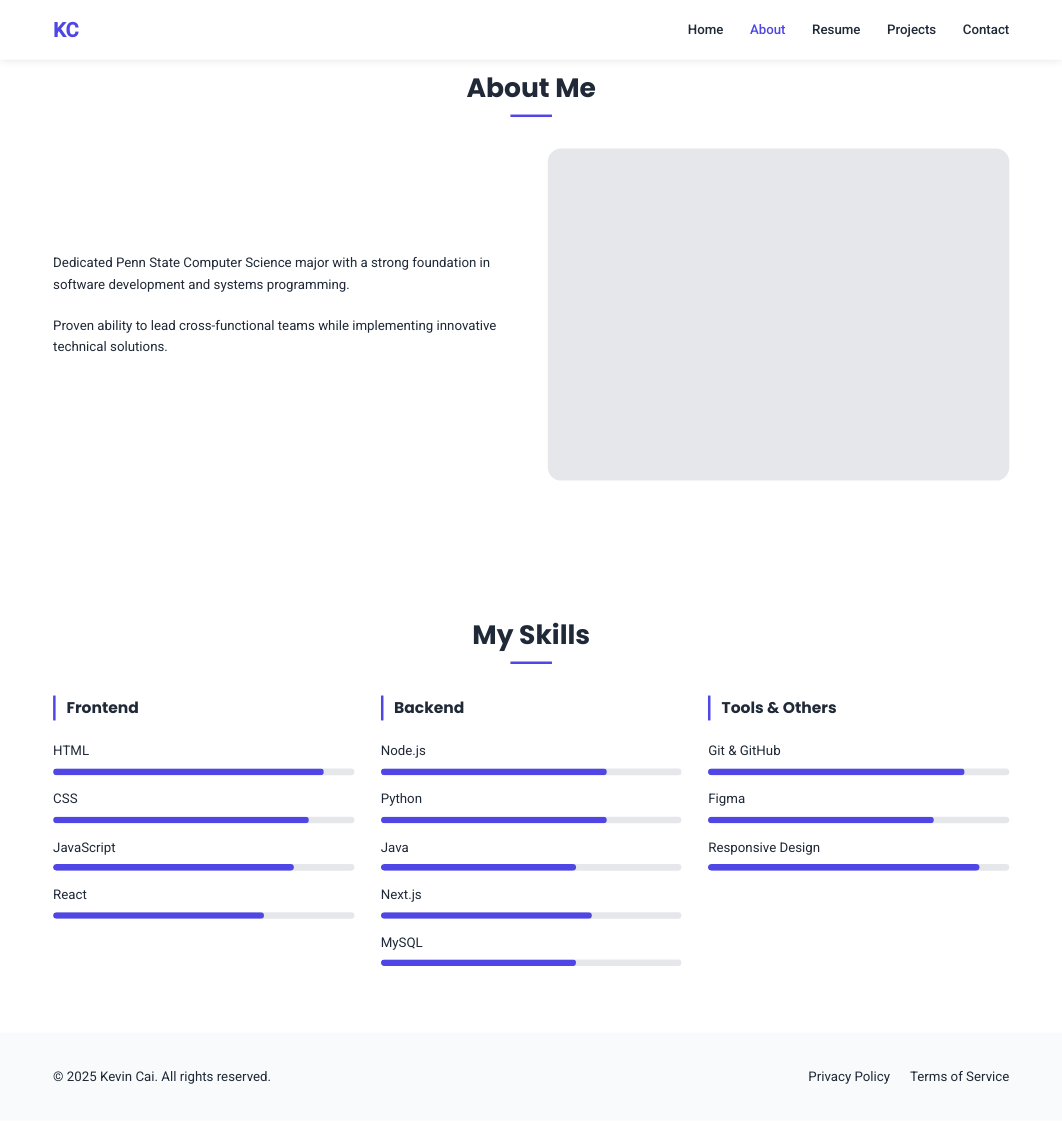
Repository: itskevbo/E-Portfolio
Page: pages/about.html
These files come from the project's save history. The page is drawn as it stood at one moment and after the next save; the edit follows.
The browser window is 1280 px wide. The pictures show the whole page, at 83% of full size.

Above is the page before, as saved 2025-04-22 22:11:26.

After the next save:
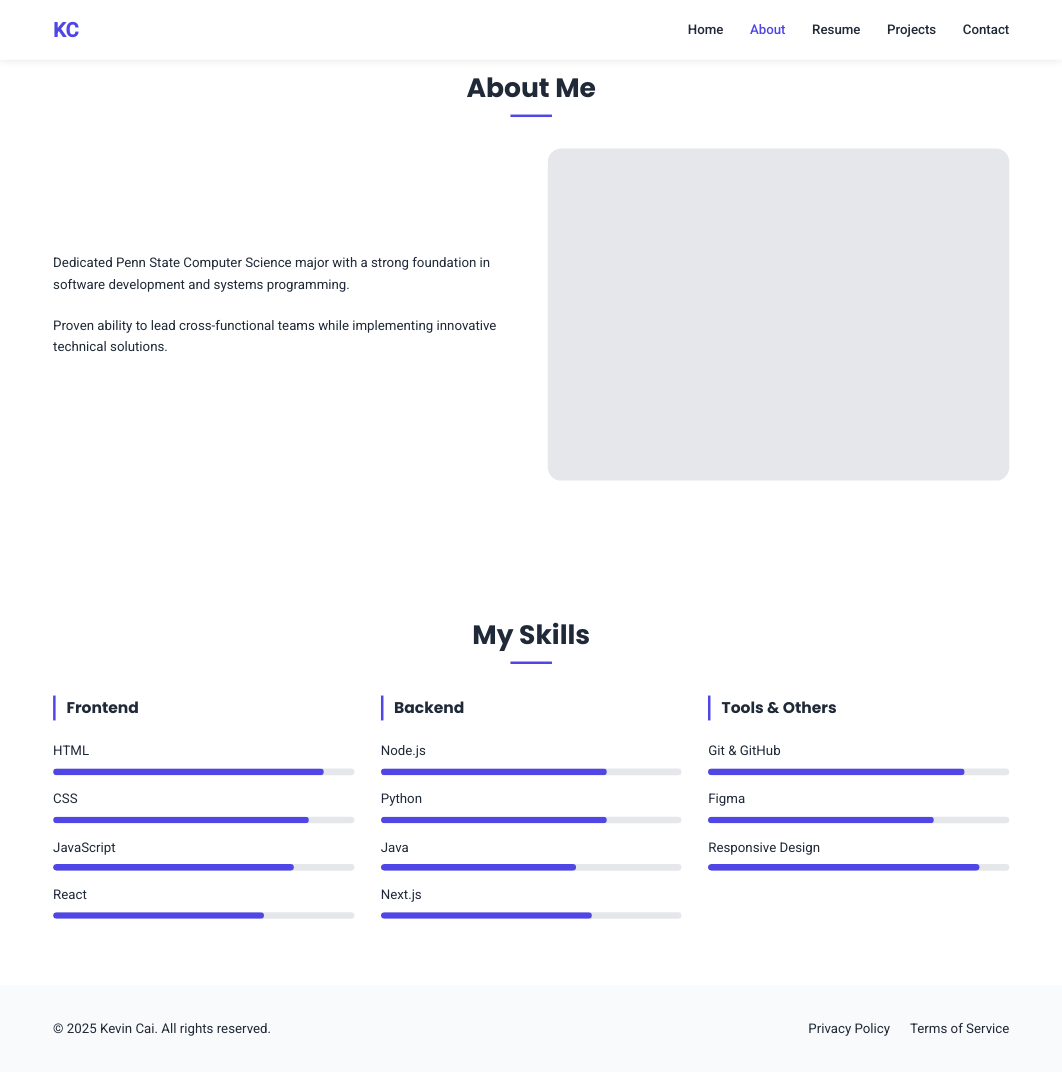
Saved 19 s later.
--- a/pages/about.html
+++ b/pages/about.html
@@ -123,12 +123,6 @@
                                     <div class="skill-item__progress" style="width: 70%"></div>
                                 </div>
                             </div>
-                            <div class="skill-item">
-                                <span class="skill-item__name">MySQL</span>
-                                <div class="skill-item__bar">
-                                    <div class="skill-item__progress" style="width: 65%"></div>
-                                </div>
-                            </div>
                         </div>
                     </div>
 
